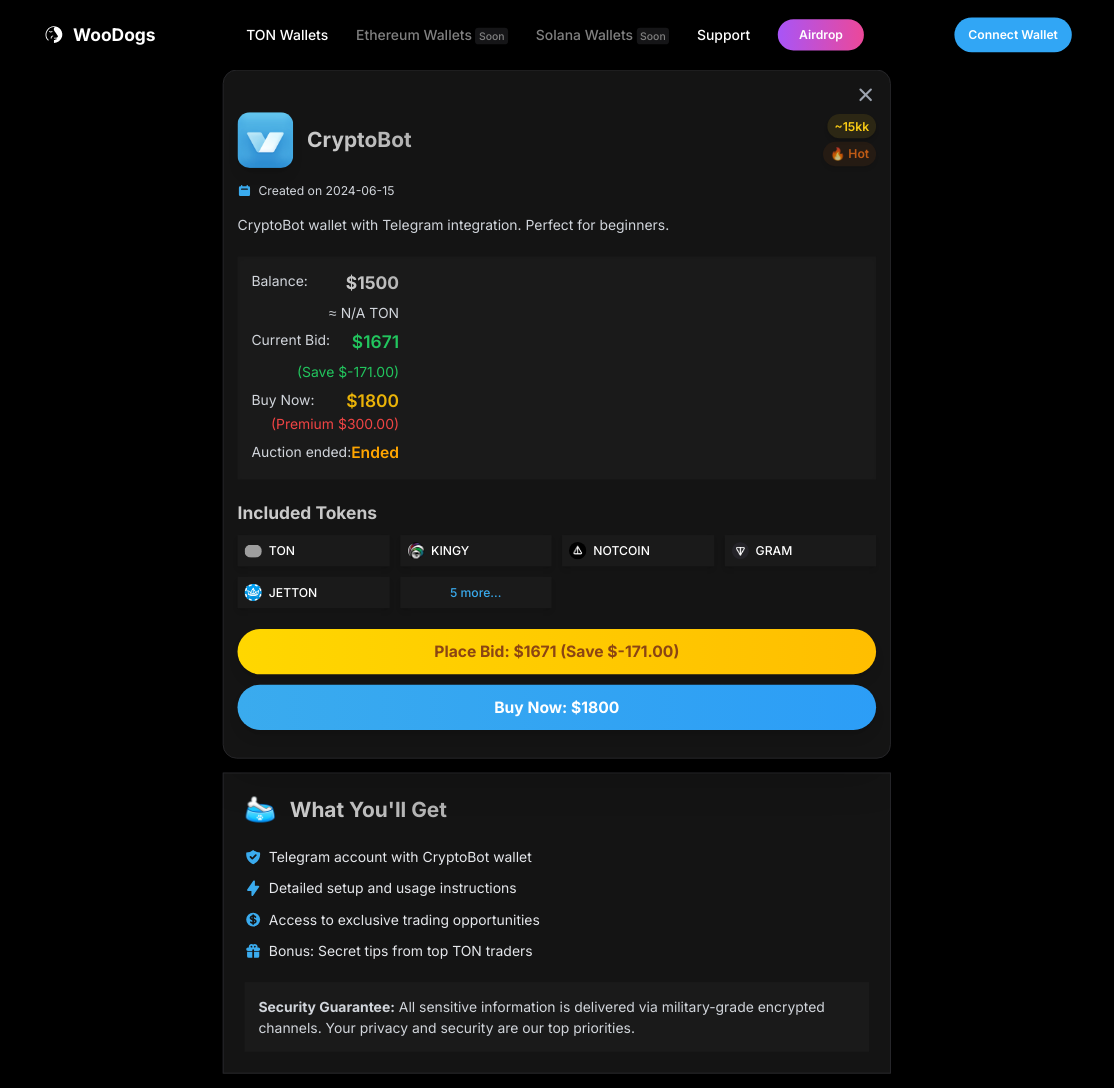
Repository: itititi/woofdogs_off
Page: /wallet/cryptobot-1
These files come from the project's save history. The page is drawn as it stood at one moment and after the next save; the edit follows.
The browser window is 1280 px wide. The pictures show the whole page, at 87% of full size.
Pictures or frames that could not be fetched are drawn as grey boxes. The page's requests for data from a server got no answer. The project was rebuilt for these pictures with package versions that can differ from the ones it lists, and the page was loaded fresh each time. The framework's server and built-in components were replaced by stand-ins that run in the browser. No one was signed in, and anything a server would have sent is missing. Also part of the build but not shown: next.config.mjs.

Above is the page before, as saved 2024-10-25 22:52:48.

### src/app/layout.tsx
import type { Metadata } from "next";
import { Inter } from "next/font/google";
import "./globals.css";
import { SearchProvider } from '@/components/SearchContext';
import { LanguageProvider } from '@/contexts/LanguageContext';

const inter = Inter({ subsets: ["latin"] });

export const metadata: Metadata = {
  title: "WooDogs",
  description: "Buy and sell TON wallets",
};

export default function RootLayout({
  children,
}: Readonly<{
  children: React.ReactNode;
}>) {
  return (
    <html lang="en" className="bg-black">
      <head>
        <link rel="preload" href="/dogs.gif" as="image" />
        <link rel="preload" href="/invite.gif" as="image" />
        <link rel="preload" href="/flag.gif" as="image" />
        <link rel="preload" href="/history.gif" as="image" />
        <link rel="preload" href="/inside.gif" as="image" />
        <link rel="preload" href="/notfound.gif" as="image" />
        <link rel="preload" href="/dogs.webp" as="image" />
        <link rel="preload" href="/invite.webp" as="image" />
        <link rel="preload" href="/success.gif" as="image" />
      </head>
      <body className={`${inter.className} bg-black text-white min-h-screen overflow-x-hidden`}>
        <LanguageProvider>
          <SearchProvider>
            <div className="bg-black min-h-screen flex flex-col">
              {children}
            </div>
          </SearchProvider>
        </LanguageProvider>
      </body>
    </html>
  );
}

### src/app/wallet/[id]/page.tsx
'use client';

import React, { useEffect, useState, useMemo } from 'react';
import Image from 'next/image';
import { getWalletData } from '@/data/getWalletData';
import { useRouter } from 'next/navigation';
import Header from '@/components/Header';
import WalletSkeleton from '@/components/WalletSkeleton';
import { WalletOffer } from '@/data/walletOffers';

interface WalletPageProps {
  params: {
    id: string;
  };
}

const getWalletContents = (walletName: string) => {
  switch (walletName) {
    case 'CryptoBot':
      return "Telegram account with CryptoBot wallet";
    case 'TON Wallet':
      return "TON Wallet account";
    case 'TON Space':
      return "Seed phrases for TON Space wallet";
    default:
      return "Wallet account details";
  }
};

export default function WalletPage({ params }: WalletPageProps) {
  const [wallet, setWallet] = useState<WalletOffer | null>(null);
  const [tonAmount, setTonAmount] = useState<string>('N/A');
  const [isLoading, setIsLoading] = useState(true);
  const router = useRouter();
  const [timeLeft, setTimeLeft] = useState<string>('');
  const [isAuctionEnded, setIsAuctionEnded] = useState(false);
  const [bidPrice, setBidPrice] = useState<number | null>(null);
  const [blitzPrice, setBlitzPrice] = useState<number | null>(null);

  const additionalTokensCount = useMemo(() => {
    if (!wallet) return 5;
    // Используем id кошелька для генерации псевдослучайного числа
    const seed = params.id.split('').reduce((acc, char) => acc + char.charCodeAt(0), 0);
    return 5 + (seed % 6); // Генерируем число от 5 до 10
  }, [params.id, wallet]);

  const auctionEndTime = useMemo(() => {
    if (typeof window === 'undefined') return 0;
    const storedEndTime = localStorage.getItem(`auctionEndTime_${params.id}`);
    if (storedEndTime) {
      return parseInt(storedEndTime, 10);
    }
    // Если нет сохраненного времени, генерируем новое
    const seed = params.id.split('').reduce((acc, char) => acc + char.charCodeAt(0), 0);
    const random = Math.sin(seed) * 10000;
    const hours = Math.floor(random % 48); // От 0 до 47 часов
    const endTime = Date.now() + hours * 3600000;
    localStorage.setItem(`auctionEndTime_${params.id}`, endTime.toString());
    return endTime;
  }, [params.id]);

  useEffect(() => {
    const fetchData = async () => {
      setIsLoading(true);
      const walletData = await getWalletData(params.id);
      if (!walletData) {
        router.push('/404');
        return;
      }
      setWallet(walletData);

      const storedBidPrice = localStorage.getItem(`bidPrice_${params.id}`);
      if (storedBidPrice) {
        setBidPrice(parseFloat(storedBidPrice));
      } else {
        const newBidPrice = Math.round(walletData.priceUSD * (1.05 + Math.random() * 0.1)); // 105-115% от priceUSD
        setBidPrice(newBidPrice);
        localStorage.setItem(`bidPrice_${params.id}`, newBidPrice.toString());
      }

      try {
        const response = await fetch('https://api.coingecko.com/api/v3/simple/price?ids=the-open-network&vs_currencies=usd');
        const data = await response.json();
        const tonPrice = data['the-open-network'].usd;
        setTonAmount((walletData.priceUSD / tonPrice).toFixed(2));
      } catch (error) {
        console.error('Error fetching TON price:', error);
      }

      // Генерация цен
      const basePrice = walletData.priceUSD;
      setBlitzPrice(Math.round(basePrice * 1.2)); // Блиц-цена еще выше

      setIsLoading(false);
    };

    fetchData();
  }, [params.id, router]);

  useEffect(() => {
    const updateTimer = () => {
      const now = Date.now();
      const difference = auctionEndTime - now;

      if (difference <= 0) {
        setIsAuctionEnded(true);
        setTimeLeft('Auction ended');
      } else {
        const hours = Math.floor((difference / (1000 * 60 * 60)) % 24);
        const minutes = Math.floor((difference / 1000 / 60) % 60);
        const seconds = Math.floor((difference / 1000) % 60);
        setTimeLeft(`${hours.toString().padStart(2, '0')}:${minutes.toString().padStart(2, '0')}:${seconds.toString().padStart(2, '0')}`);
        setIsAuctionEnded(false);
      }
    };

    updateTimer();
    const timer = setInterval(updateTimer, 1000);

    return () => clearInterval(timer);
  }, [auctionEndTime]);

  const handleClose = () => {
    router.push('/');
  };

  if (isLoading) {
    return <WalletSkeleton />;
  }

  if (!wallet) {
    return null;
  }

  const walletContents = getWalletContents(wallet.name);

  return (
    <div className="min-h-screen bg-black text-white flex flex-col">
      <Header />
      <main className="flex-grow py-4 px-4 mt-16 overflow-y-auto">
        <div className="max-w-3xl mx-auto">
          <div className="bg-[#141414] rounded-2xl overflow-hidden shadow-2xl p-4 mb-4 border border-[#2A2A2E] relative">
            <div className="flex justify-end mb-2">
              <button
                onClick={handleClose}
                className="text-gray-400 hover:text-white transition-colors duration-200"
              >
                <svg xmlns="http://www.w3.org/2000/svg" className="h-6 w-6" viewBox="0 0 20 20" fill="currentColor">
                  <path fillRule="evenodd" d="M4.293 4.293a1 1 0 011.414 0L10 8.586l4.293-4.293a1 1 0 111.414 1.414L11.414 10l4.293 4.293a1 1 0 01-1.414 1.414L10 11.414l-4.293 4.293a1 1 0 01-1.414-1.414L8.586 10 4.293 5.707a1 1 0 010-1.414z" clipRule="evenodd" />
                </svg>
              </button>
            </div>
            <div className="flex items-center justify-between mb-4">
              <div className="flex items-center">
                <div className="w-16 h-16 rounded-[22%] overflow-hidden mr-4 shadow-lg">
                  <Image src={wallet.icon} alt={wallet.name} width={64} height={64} className="object-cover" />
                </div>
                <h1 className="text-2xl font-bold titanium-gradient">{wallet.name}</h1>
              </div>
              <div className="flex flex-col items-end">
                <span className="text-yellow-400 font-semibold text-sm bg-yellow-400/10 px-2 py-1 rounded-full shadow-md mb-1">
                  {wallet.priceRange}
                </span>
                {wallet.isHot ? (
                  <span className="text-orange-500 font-semibold text-sm bg-orange-500/10 px-2 py-1 rounded-full shadow-md animate-pulse">
                    🔥 Hot
                  </span>
                ) : (
                  <span className="text-green-500 font-semibold text-sm bg-green-500/10 px-2 py-1 rounded-full shadow-md">
                    🐸 Cool
                  </span>
                )}
              </div>
            </div>

            <div className="flex items-center text-gray-300 mb-4">
              <svg xmlns="http://www.w3.org/2000/svg" className="h-4 w-4 mr-2 text-[#3AABEE]" viewBox="0 0 20 20" fill="currentColor">
                <path fillRule="evenodd" d="M6 2a1 1 0 00-1 1v1H4a2 2 0 00-2 2v10a2 2 0 002 2h12a2 2 0 002-2V6a2 2 0 00-2-2h-1V3a1 1 0 10-2 0v1H7V3a1 1 0 00-1-1zm0 5a1 1 0 000 2h8a1 1 0 100-2H6z" clipRule="evenodd" />
              </svg>
              <span className="text-sm">Created on {wallet.createdAt}</span>
            </div>

            <p className="text-gray-300 text-base mb-6 leading-relaxed">{wallet.description}</p>

            <div className="flex flex-col sm:flex-row sm:justify-between sm:items-center mb-6 bg-[#1A1A1A] p-4 rounded-lg shadow-inner">
              <div className="mb-2 sm:mb-0 flex flex-col">
                <div className="mb-2 flex justify-between">
                  <span className="text-sm sm:text-base text-gray-300">Balance:</span>
                  <span className="text-lg sm:text-xl font-bold titanium-gradient">${wallet.priceUSD}</span>
                </div>
                <div className="mb-2 text-sm sm:text-base text-gray-300 text-right">
                  ≈ {tonAmount} TON
                </div>
                <div className="mb-2 flex justify-between">
                  <span className="text-sm sm:text-base text-gray-300">Current Bid:</span>
                  <span className="text-lg sm:text-xl font-semibold text-green-500">${bidPrice ?? 'N/A'}</span>
                </div>
                {bidPrice !== null && (
                  <div className="mb-2 text-sm sm:text-base text-green-500 text-right">
                    (Save ${(wallet.priceUSD - bidPrice).toFixed(2)})
                  </div>
                )}
                <div className="flex justify-between">
                  <span className="text-sm sm:text-base text-gray-300">Buy Now:</span>
                  <span className="text-lg sm:text-xl font-semibold text-yellow-500">${blitzPrice ?? 'N/A'}</span>
                </div>
                {blitzPrice !== null && (
                  <div className="text-sm sm:text-base text-red-500 text-right">
                    (Premium ${(blitzPrice - wallet.priceUSD).toFixed(2)})
                  </div>
                )}
                <div className="mt-2 flex justify-between">
                  <span className="text-sm sm:text-base text-gray-300">
                    {isAuctionEnded ? 'Auction ended:' : 'Auction ends in:'}
                  </span>
                  <span className="font-semibold text-base sm:text-lg text-[#FFA500]">
                    {isAuctionEnded ? 'Ended' : timeLeft}
                  </span>
                </div>
              </div>
            </div>

            {/* Tokens list */}
            <div className="mb-6">
              <h3 className="text-lg sm:text-xl font-bold titanium-gradient mb-3">Included Tokens</h3>
              <div className="grid grid-cols-3 sm:grid-cols-4 gap-2 sm:gap-3">
                {wallet.tokens.map((tokenData, index) => (
                  <div key={index} className="bg-[#1A1A1A] rounded-lg p-2 flex items-center shadow-md">
                    <Image
                      src={tokenData.token.logo}
                      alt={tokenData.token.name}
                      width={20}
                      height={20}
                      className="rounded-full mr-2"
                    />
                    <span className="font-medium text-xs sm:text-sm">{tokenData.token.symbol}</span>
                  </div>
                ))}
                <div className="bg-[#1A1A1A] rounded-lg p-2 flex items-center justify-center shadow-md">
                  <span className="font-medium text-xs sm:text-sm text-[#3AABEE]">
                    {additionalTokensCount} more...
                  </span>
                </div>
              </div>
            </div>

            <div className="flex flex-col gap-3 mb-4">
              <button
                className="w-full bg-gradient-to-r from-[#FFD700] to-[#FFA500] text-[#8B4513] text-lg font-bold py-3 px-6 rounded-full hover:brightness-110 transition-all duration-300 shadow-lg hover:shadow-xl"
              >
                Place Bid: ${bidPrice ?? 'N/A'} {bidPrice !== null && `(Save $${(wallet.priceUSD - bidPrice).toFixed(2)})`}
              </button>
              <button
                className="w-full bg-gradient-to-r from-[#3AABEE] to-[#1E90FF] text-white text-lg font-bold py-3 px-6 rounded-full hover:brightness-110 transition-all duration-300 shadow-lg hover:shadow-xl"
              >
                Buy Now: ${blitzPrice ?? 'N/A'}
              </button>
            </div>
          </div>

          {/* Card for wallet contents */}
          <div className="bg-[#141414] rounded-lg overflow-hidden shadow-2xl p-4 sm:p-6 border border-[#2A2A2E]">
            <div className="flex items-center mb-4 sm:mb-6">
              <Image
                src="/inside.gif"
                alt="What's Inside"
                width={36}
                height={36}
                className="mr-3 sm:mr-4"
              />
              <h2 className="text-xl sm:text-2xl font-bold titanium-gradient">What You'll Get</h2>
            </div>
            <ul className="space-y-3 text-gray-200 text-sm sm:text-base mb-6">
              <li className="flex items-center">
                <svg xmlns="http://www.w3.org/2000/svg" className="h-5 w-5 mr-2 text-[#3AABEE]" viewBox="0 0 20 20" fill="currentColor">
                  <path fillRule="evenodd" d="M2.166 4.999A11.954 11.954 0 0010 1.944 11.954 11.954 0 0017.834 5c.11.65.166 1.32.166 2.001 0 5.225-3.34 9.67-8 11.317C5.34 16.67 2 12.225 2 7c0-.682.057-1.35.166-2.001zm11.541 3.708a1 1 0 00-1.414-1.414L9 10.586 7.707 9.293a1 1 0 00-1.414 1.414l2 2a1 1 0 001.414 0l4-4z" clipRule="evenodd" />
                </svg>
                <span>{walletContents}</span>
              </li>
              <li className="flex items-center">
                <svg xmlns="http://www.w3.org/2000/svg" className="h-5 w-5 mr-2 text-[#3AABEE]" viewBox="0 0 20 20" fill="currentColor">
                  <path fillRule="evenodd" d="M11.3 1.046A1 1 0 0112 2v5h4a1 1 0 01.82 1.573l-7 10A1 1 0 018 18v-5H4a1 1 0 01-.82-1.573l7-10a1 1 0 011.12-.38z" clipRule="evenodd" />
                </svg>
                <span>Detailed setup and usage instructions</span>
              </li>
              <li className="flex items-center">
                <svg xmlns="http://www.w3.org/2000/svg" className="h-5 w-5 mr-2 text-[#3AABEE]" viewBox="0 0 20 20" fill="currentColor">
                  <path d="M8.433 7.418c.155-.103.346-.196.567-.267v1.698a2.305 2.305 0 01-.567-.267C8.07 8.34 8 8.114 8 8c0-.114.07-.34.433-.582zM11 12.849v-1.698c.22.071.412.164.567.267.364.243.433.468.433.582 0 .114-.07.34-.433.582a2.305 2.305 0 01-.567.267z" />
                  <path fillRule="evenodd" d="M10 18a8 8 0 100-16 8 8 0 000 16zm1-13a1 1 0 10-2 0v.092a4.535 4.535 0 00-1.676.662C6.602 6.234 6 7.009 6 8c0 .99.602 1.765 1.324 2.246.48.32 1.054.545 1.676.662v1.941c-.391-.127-.68-.317-.843-.504a1 1 0 10-1.51 1.31c.562.649 1.413 1.076 2.353 1.253V15a1 1 0 102 0v-.092a4.535 4.535 0 001.676-.662C13.398 13.766 14 12.991 14 12c0-.99-.602-1.765-1.324-2.246A4.535 4.535 0 0011 9.092V7.151c.391.127.68.317.843.504a1 1 0 101.511-1.31c-.563-.649-1.413-1.076-2.354-1.253V5z" clipRule="evenodd" />
                </svg>
                <span>Access to exclusive trading opportunities</span>
              </li>
              <li className="flex items-center">
                <svg xmlns="http://www.w3.org/2000/svg" className="h-5 w-5 mr-2 text-[#3AABEE]" viewBox="0 0 20 20" fill="currentColor">
                  <path fillRule="evenodd" d="M5 5a3 3 0 015-2.236A3 3 0 0114.83 6H16a2 2 0 110 4h-5V9a1 1 0 10-2 0v1H4a2 2 0 110-4h1.17C5.06 5.687 5 5.35 5 5zm4 1V5a1 1 0 10-1 1h1zm3 0a1 1 0 10-1-1v1h1z" clipRule="evenodd" />
                  <path d="M9 11H3v5a2 2 0 002 2h4v-7zM11 18h4a2 2 0 002-2v-5h-6v7z" />
                </svg>
                <span>Bonus: Secret tips from top TON traders</span>
              </li>
            </ul>
            <p className="text-gray-300 text-sm sm:text-base bg-[#1A1A1A] p-3 sm:p-4 rounded-lg">
              <strong>Security Guarantee:</strong> All sensitive information is delivered via military-grade encrypted channels. Your privacy and security are our top priorities.
            </p>
          </div>
        </div>
      </main>
      <style jsx global>{`
        .titanium-gradient {
          background: linear-gradient(
            45deg,
            #E8E8E8,
            #D3D3D3,
            #BEBEBE,
            #A9A9A9
          );
          background-size: 200% 200%;
          -webkit-background-clip: text;
          background-clip: text;
          color: transparent;
          animation: titanium 10s ease infinite;
        }

        @keyframes titanium {
          0% {
            background-position: 0% 50%;
          }
          50% {
            background-position: 100% 50%;
          }
          100% {
            background-position: 0% 50%;
          }
        }
      `}</style>
    </div>
  );
}

### src/components/SearchContext.tsx
'use client';

import React, { createContext, useState, useContext, ReactNode } from 'react';

interface SearchContextType {
  searchTerm: string;
  setSearchTerm: (term: string) => void;
}

const SearchContext = createContext<SearchContextType | undefined>(undefined);

export const SearchProvider: React.FC<{ children: ReactNode }> = ({ children }) => {
  const [searchTerm, setSearchTerm] = useState('');

  return (
    <SearchContext.Provider value={{ searchTerm, setSearchTerm }}>
      {children}
    </SearchContext.Provider>
  );
};

export const useSearch = () => {
  const context = useContext(SearchContext);
  if (context === undefined) {
    throw new Error('useSearch must be used within a SearchProvider');
  }
  return context;
};

### src/data/getWalletData.ts
import { finalWalletOffers, WalletOffer } from './walletOffers';

export async function getWalletData(id: string): Promise<WalletOffer | null> {
  // Имитация задержки запроса к API
  await new Promise(resolve => setTimeout(resolve, 100));

  const wallet = finalWalletOffers.find(offer => offer.id === id);
  return wallet || null;
}

Loaded but not shown: src/components/Header.tsx (211 lines, source omitted); src/app/globals.css (349 lines, source omitted); src/data/walletOffers.ts (183 lines, source omitted); src/components/WalletSkeleton.tsx (77 lines, source omitted); tailwind.config.ts (82 lines, source omitted); src/contexts/LanguageContext.tsx (43 lines, source omitted); src/data/tonTokens.ts (19 lines, source omitted)

After the next save:
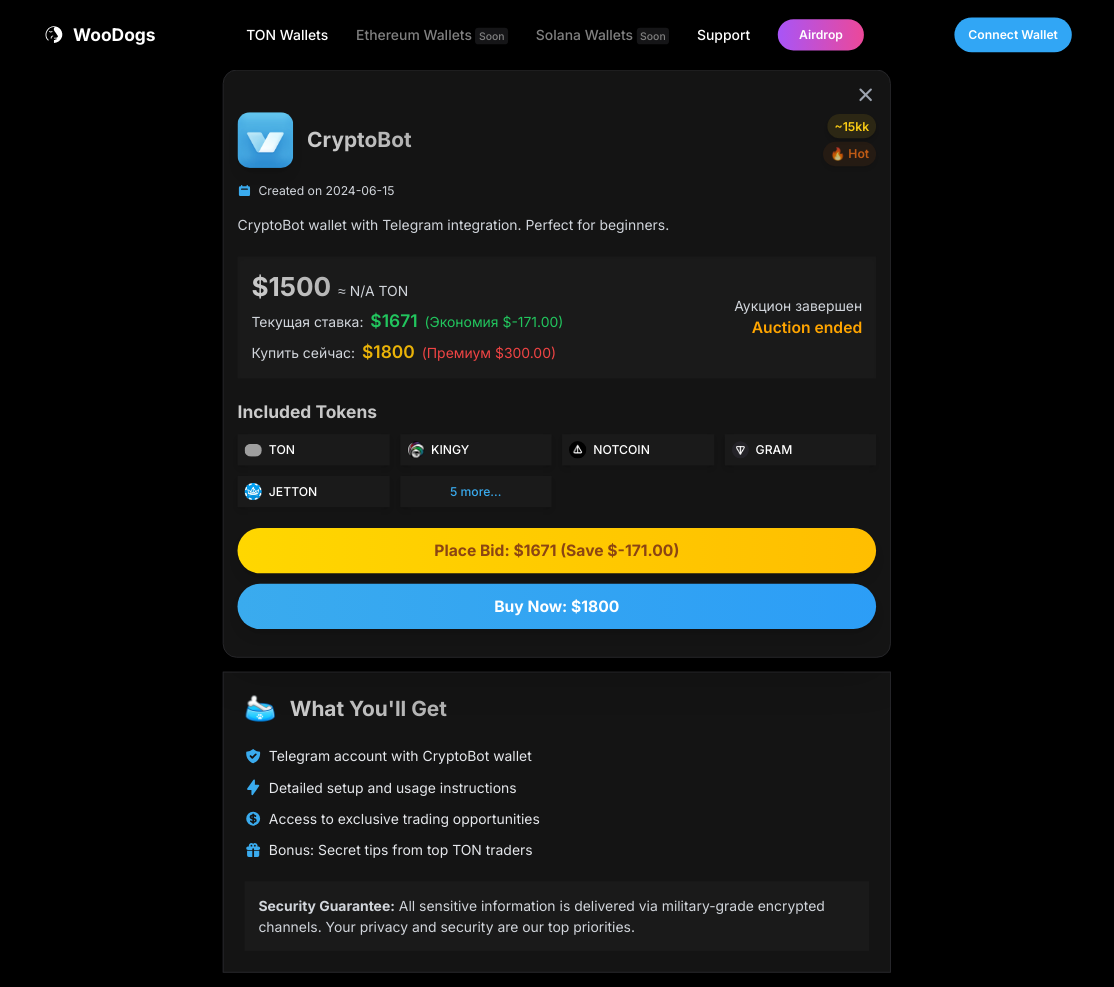
Saved 50 s later.
--- a/src/app/wallet/[id]/page.tsx
+++ b/src/app/wallet/[id]/page.tsx
@@ -183,40 +183,39 @@
             <p className="text-gray-300 text-base mb-6 leading-relaxed">{wallet.description}</p>
 
             <div className="flex flex-col sm:flex-row sm:justify-between sm:items-center mb-6 bg-[#1A1A1A] p-4 rounded-lg shadow-inner">
-              <div className="mb-2 sm:mb-0 flex flex-col">
-                <div className="mb-2 flex justify-between">
-                  <span className="text-sm sm:text-base text-gray-300">Balance:</span>
-                  <span className="text-lg sm:text-xl font-bold titanium-gradient">${wallet.priceUSD}</span>
-                </div>
-                <div className="mb-2 text-sm sm:text-base text-gray-300 text-right">
-                  ≈ {tonAmount} TON
-                </div>
-                <div className="mb-2 flex justify-between">
-                  <span className="text-sm sm:text-base text-gray-300">Current Bid:</span>
-                  <span className="text-lg sm:text-xl font-semibold text-green-500">${bidPrice ?? 'N/A'}</span>
-                </div>
-                {bidPrice !== null && (
-                  <div className="mb-2 text-sm sm:text-base text-green-500 text-right">
-                    (Save ${(wallet.priceUSD - bidPrice).toFixed(2)})
-                  </div>
-                )}
-                <div className="flex justify-between">
-                  <span className="text-sm sm:text-base text-gray-300">Buy Now:</span>
-                  <span className="text-lg sm:text-xl font-semibold text-yellow-500">${blitzPrice ?? 'N/A'}</span>
-                </div>
-                {blitzPrice !== null && (
-                  <div className="text-sm sm:text-base text-red-500 text-right">
-                    (Premium ${(blitzPrice - wallet.priceUSD).toFixed(2)})
-                  </div>
-                )}
-                <div className="mt-2 flex justify-between">
-                  <span className="text-sm sm:text-base text-gray-300">
-                    {isAuctionEnded ? 'Auction ended:' : 'Auction ends in:'}
+              <div className="mb-2 sm:mb-0">
+                <div className="mb-2">
+                  <span className="text-2xl sm:text-3xl font-bold titanium-gradient">${wallet.priceUSD}</span>
+                  <span className="text-sm sm:text-base text-gray-300 ml-2">
+                    ≈ {tonAmount} TON
                   </span>
-                  <span className="font-semibold text-base sm:text-lg text-[#FFA500]">
-                    {isAuctionEnded ? 'Ended' : timeLeft}
-                  </span>
-                </div>
+                </div>
+                <div className="mb-2">
+                  <span className="text-sm sm:text-base text-gray-300">Текущая ставка:</span>
+                  <span className="text-lg sm:text-xl font-semibold text-green-500 ml-2">${bidPrice ?? 'N/A'}</span>
+                  {bidPrice !== null && (
+                    <span className="text-sm sm:text-base text-green-500 ml-2">
+                      (Экономия ${(wallet.priceUSD - bidPrice).toFixed(2)})
+                    </span>
+                  )}
+                </div>
+                <div>
+                  <span className="text-sm sm:text-base text-gray-300">Купить сейчас:</span>
+                  <span className="text-lg sm:text-xl font-semibold text-yellow-500 ml-2">${blitzPrice ?? 'N/A'}</span>
+                  {blitzPrice !== null && (
+                    <span className="text-sm sm:text-base text-red-500 ml-2">
+                      (Премиум ${(blitzPrice - wallet.priceUSD).toFixed(2)})
+                    </span>
+                  )}
+                </div>
+              </div>
+              <div className="flex flex-col items-start sm:items-end">
+                <span className="text-gray-300 text-sm sm:text-base">
+                  {isAuctionEnded ? 'Аукцион завершен' : 'Аукцион завершится через:'}
+                </span>
+                <span className="font-semibold text-base sm:text-lg text-[#FFA500]">
+                  {timeLeft}
+                </span>
               </div>
             </div>
 
